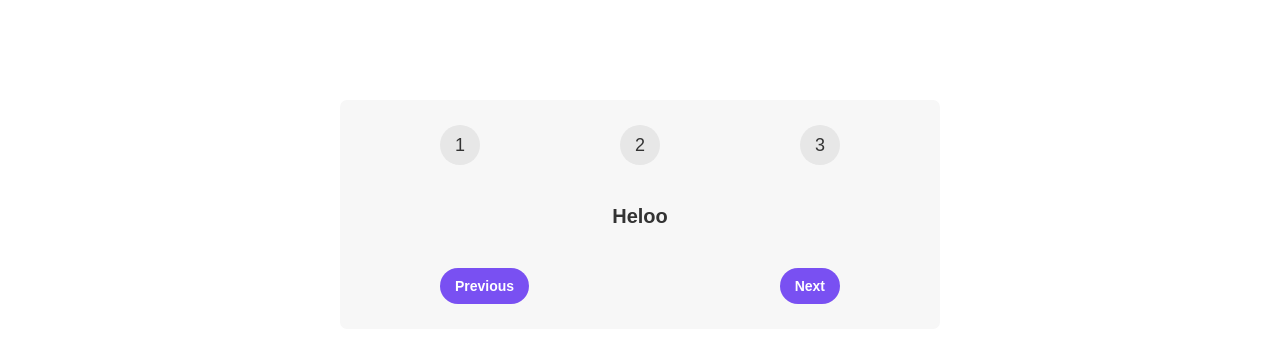
Repository: ahmedharidy/State-React-Practice
Page: /
An editor plug-in stored every save of this project. The page is shown before and after the next save, followed by the edit.
The browser window is 1280 px wide. The pictures show the whole page.
The project was rebuilt for these pictures with package versions that can differ from the ones it lists, and the page was loaded fresh each time.

Above is the page before, as saved 2026-09-25 11:10:28.

After the next save:
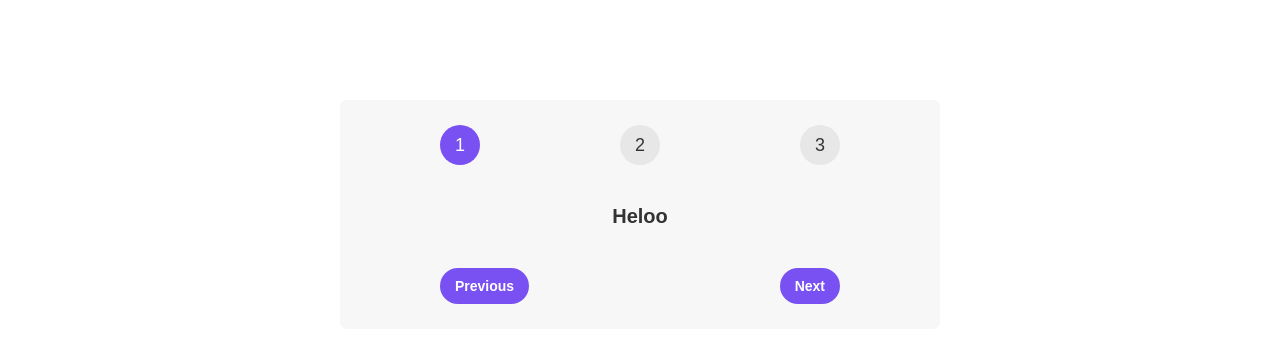
Saved 23 s later.
--- a/src/App.js
+++ b/src/App.js
@@ -2,7 +2,7 @@ export default function App() {
   return (
     <div className="steps">
       <div className="numbers">
-        <div>1</div>
+        <div className="active">1</div>
         <div>2</div>
         <div>3</div>
       </div>
